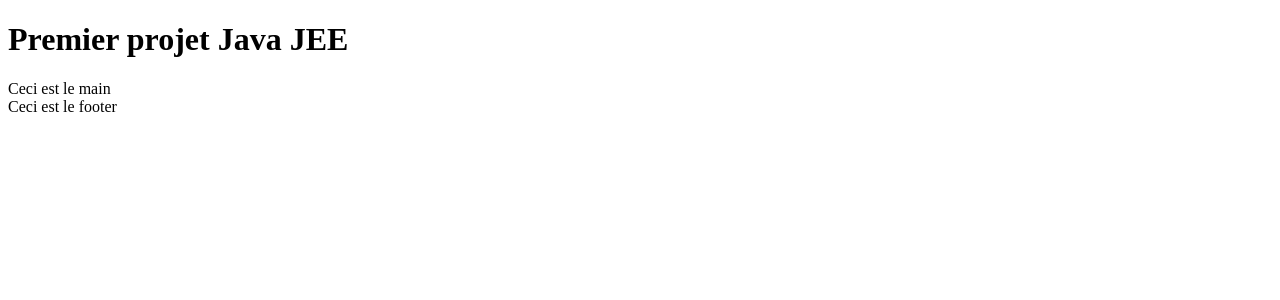
Repository: lemzoo/Formation_JEE
Page: FirstProject/WebContent/monPremierFichier.html
The author's editor kept a copy of each file at every save. The page is drawn from the files as they stood at one save, then again after the next save.
The browser window is 1280 px wide. The pictures show the whole page.

Above is the page before, as saved 2016-06-17 08:42:59.

### FirstProject/WebContent/monPremierFichier.html
<!DOCTYPE html>
<html>
<head>
<meta charset="ISO-8859-1">
<title>Mon premier fichier HTML</title>
</head>
<body>
<header>
	<h1>Premier projet Java JEE</h1>
</header>

<main>
	Ceci est le main
</main>
<footer>
	Ceci est le footer
</footer>
</body>
</html>

After the next save:
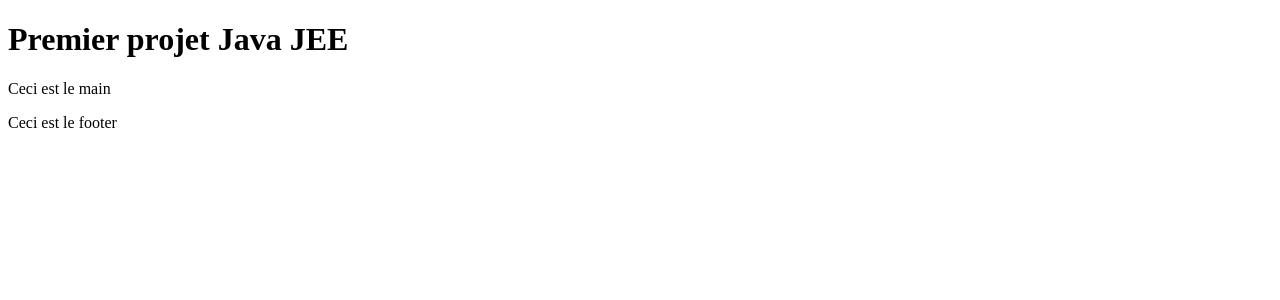
Saved 14 s later.
--- a/FirstProject/WebContent/monPremierFichier.html
+++ b/FirstProject/WebContent/monPremierFichier.html
@@ -10,7 +10,7 @@
 </header>
 
 <main>
-	Ceci est le main
+	<p>Ceci est le main</p>
 </main>
 <footer>
 	Ceci est le footer
